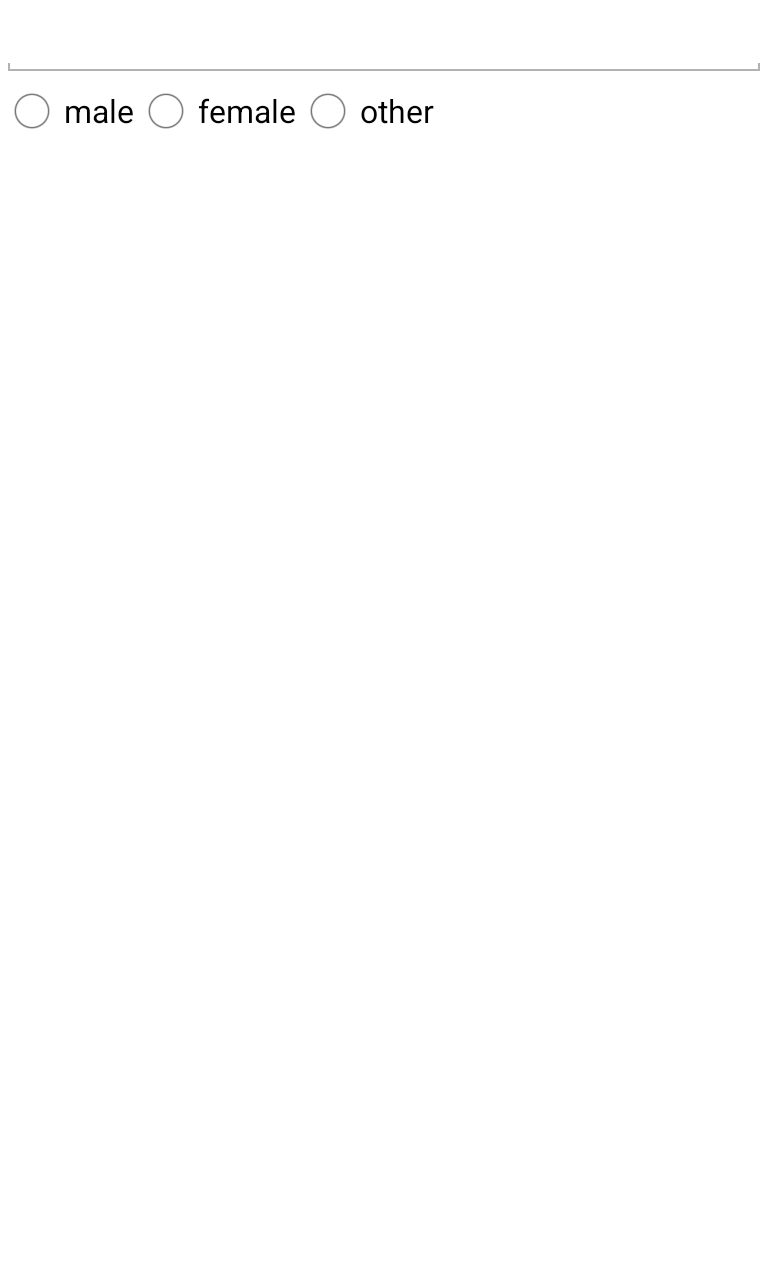
Repository: whoami-I/android
Layout: Activity/ActivityProject/res/layout/activity_main.xml
The author's editor kept a copy of each file at every save. The layout is drawn from the files as they stood at one save, then again after the next save.
It is drawn on a 768 x 1280 px phone screen (xhdpi) without system bars, with theme AppTheme; the app's code is not run.

Above is the layout before, as saved 2018-11-02 01:36:43.

After the next save:
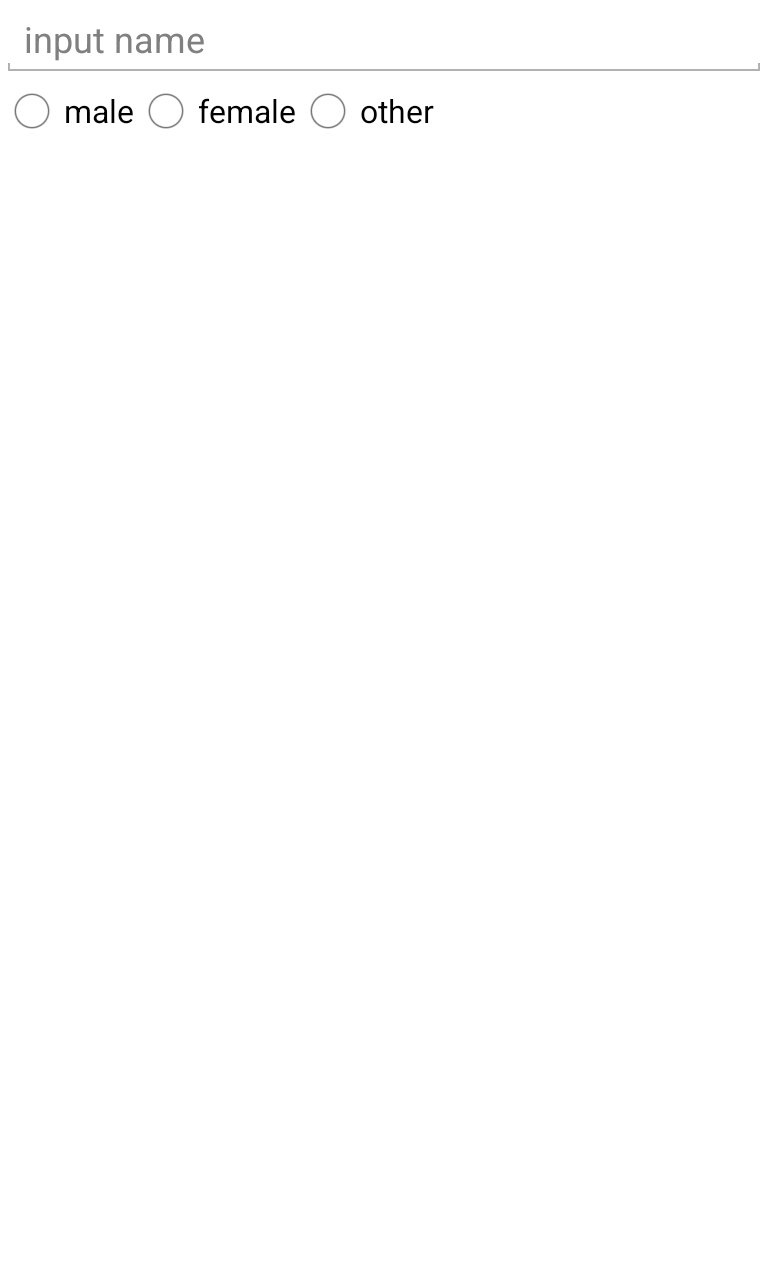
Saved 8 s later.
--- a/Activity/ActivityProject/res/layout/activity_main.xml
+++ b/Activity/ActivityProject/res/layout/activity_main.xml
@@ -7,7 +7,8 @@
     <EditText
         android:id="@+id/et_name"
         android:layout_width="match_parent"
-        android:layout_height="wrap_content" />
+        android:layout_height="wrap_content"
+        android:hint="input name" />
 
     <RadioGroup
         android:id="@+id/rg_gender"
